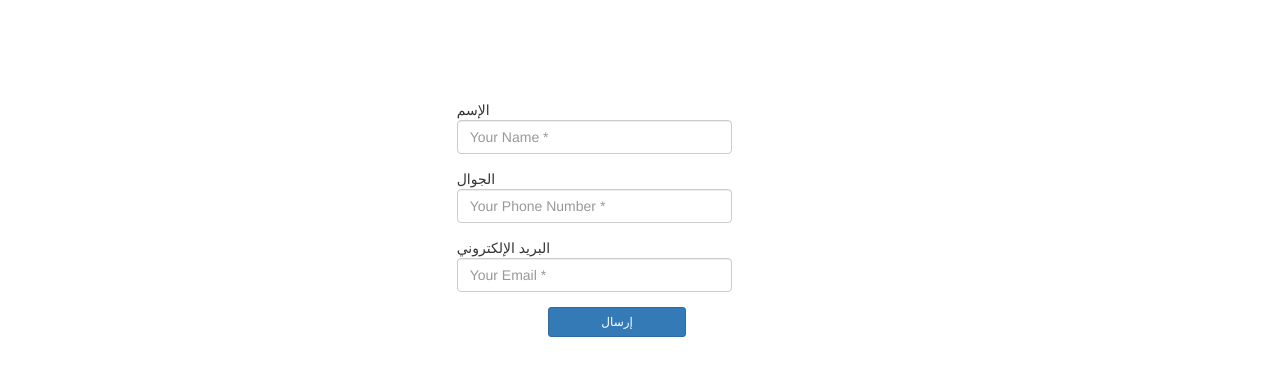
Repository: Abdaljawad-Aya/Itbeep-task
Page: http://localhost/form-user
The author's editor kept a copy of each file at every save. The page is drawn from the files as they stood at one save, then again after the next save.
The browser window is 1280 px wide. The pictures show the whole page.
The page is served by the project's Laravel application, run on PHP 8.4 with Laravel 8.

Above is the page before, as saved 2021-03-07 17:20:26.

After the next save:
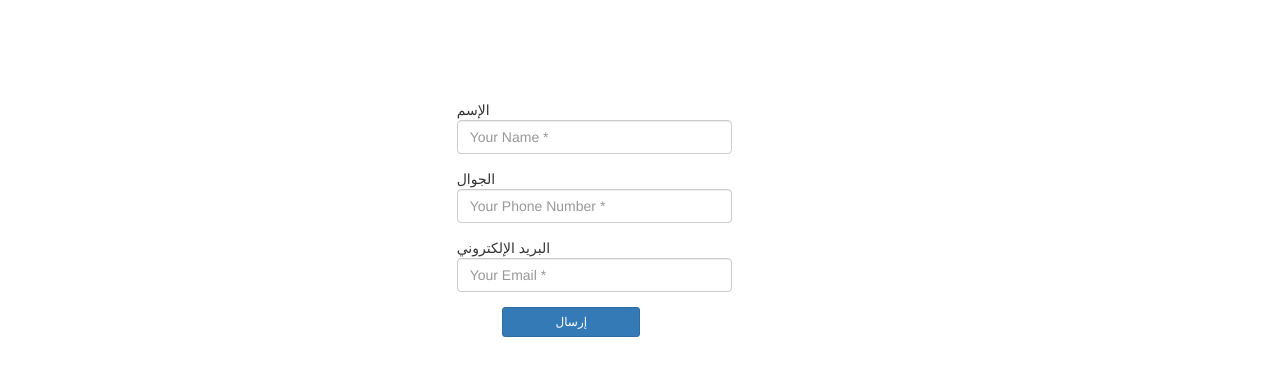
Saved 10 s later.
--- a/singlePageApp/resources/views/form-user.blade.php
+++ b/singlePageApp/resources/views/form-user.blade.php
@@ -74,7 +74,7 @@
 
         <div class="form-group">
 
-            <input type="submit" name="btnSubmit" class="btn btn-primary btn-square btn-sm col-lg-6 col-md-offset-4" value="إرسال">
+            <input type="submit" name="btnSubmit" class="btn btn-primary btn-square btn-sm col-lg-6 col-md-offset-2" value="إرسال">
         </div>
      </div>
     </form>
